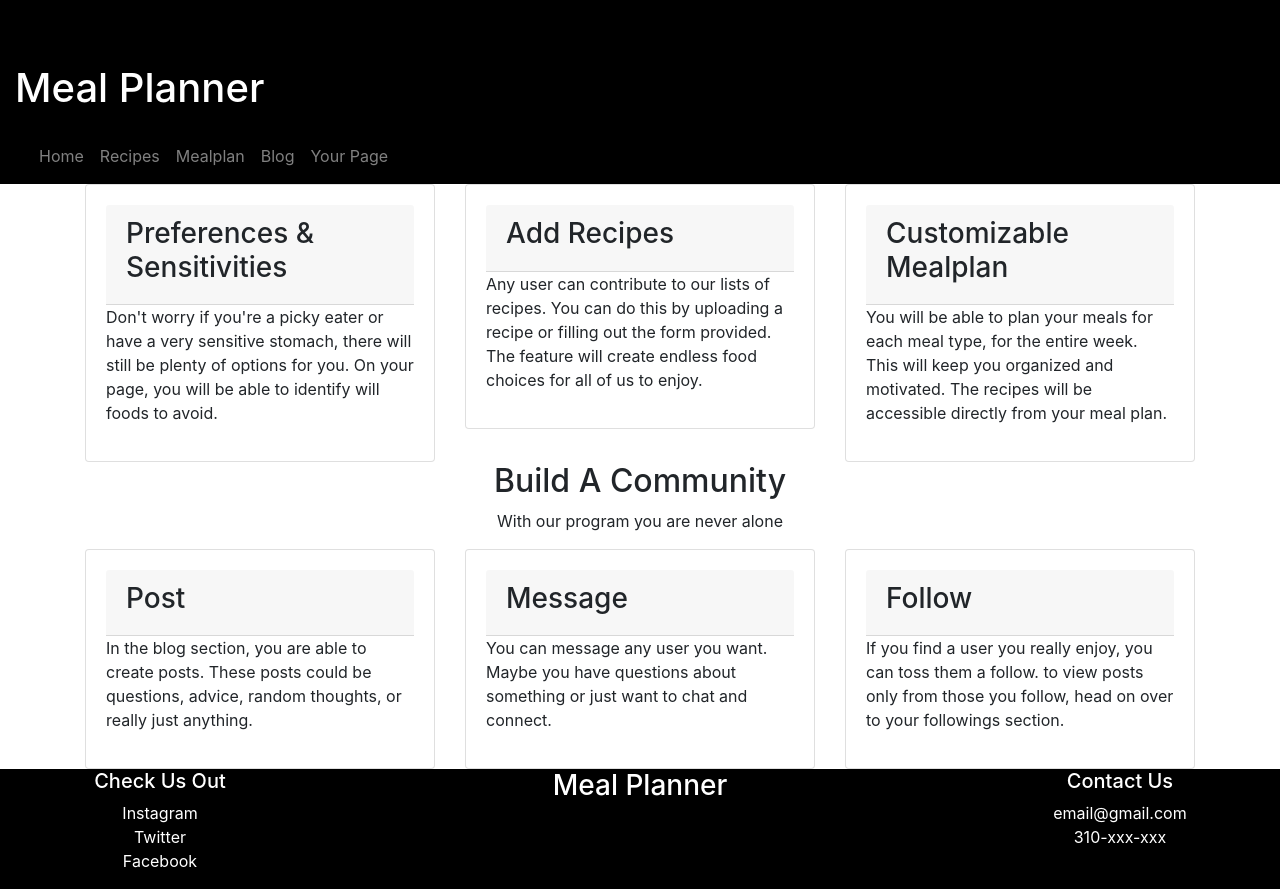
Repository: madisonisfan/mealplanner-react
Page: /
These files come from the project's save history. The page is drawn as it stood at one moment and after a run of saves; the edit follows.
The browser window is 1280 px wide. The pictures show the whole page.
The project was rebuilt for these pictures with package versions that can differ from the ones it lists, and the page was loaded fresh each time.

Above is the page before, as saved 2021-04-18 14:09:11.

### src/App.js
import React, { Component } from "react";
import "./App.css";
import Main from "./components/MainComponent";
import { BrowserRouter } from "react-router-dom";

class App extends Component {
  render() {
    return (
      <BrowserRouter>
        <div className="App">
          <Main />
        </div>
      </BrowserRouter>
    );
  }
}

export default App;

### src/App.css
.jumbotron {
  height: 100px;
  margin: 0px !important;
  background-color: black !important;
  color: white;
}

.navbar {
  background-color: black;
}

.site-footer {
  background-color: black;
  color: white;
}

### src/components/MainComponent.js
import React, { Component } from "react";
import Home from "./HomeComponent";
import MainHeader from "./HeaderComponent";
import Footer from "./FooterComponent";
import { Switch, Route, Redirect } from "react-router-dom";

class Main extends Component {
  constructor(props) {
    super(props);
    this.state = {};
  }

  render() {
    return (
      <React.Fragment>
        <MainHeader />
        <Switch>
          <Route path="/home" component={Home} />
          <Redirect to="/home" />
        </Switch>
        <Footer />
      </React.Fragment>
    );
  }
}
export default Main;

### src/components/HomeComponent.js
import React from "react";
import {
  Card,
  CardHeader,
  CardImg,
  CardText,
  CardBody,
  CardTitle,
} from "reactstrap";

function Home(props) {
  return (
    <div className="container">
      <div className="row">
        <div className="col">
          <Card>
            <CardBody>
              <CardHeader>
                <h3>Preferences & Sensitivities</h3>
              </CardHeader>
              <p>
                Don't worry if you're a picky eater or have a very sensitive
                stomach, there will still be plenty of options for you. On your
                page, you will be able to identify will foods to avoid.
              </p>
            </CardBody>
          </Card>
        </div>
        <div className="col">
          <Card>
            <CardBody>
              <CardHeader>
                <h3>Add Recipes</h3>
              </CardHeader>
              <p>
                Any user can contribute to our lists of recipes. You can do this
                by uploading a recipe or filling out the form provided. The
                feature will create endless food choices for all of us to enjoy.
              </p>
            </CardBody>
          </Card>
        </div>
        <div className="col">
          <Card>
            <CardBody>
              <CardHeader>
                <h3>Customizable Mealplan</h3>
              </CardHeader>
              <p>
                You will be able to plan your meals for each meal type, for the
                entire week. This will keep you organized and motivated. The
                recipes will be accessible directly from your meal plan.
              </p>
            </CardBody>
          </Card>
        </div>
      </div>
      {/*row*/}

      <div className="row">
        <div className="col-12 text-center">
          <h2>Build A Community</h2>
          <p>With our program you are never alone</p>
        </div>
      </div>

      <div className="row">
        <div className="col">
          <Card>
            <CardBody>
              <CardHeader>
                <h3>Post</h3>
              </CardHeader>
              <p>
                In the blog section, you are able to create posts. These posts
                could be questions, advice, random thoughts, or really just
                anything.
              </p>
            </CardBody>
          </Card>
        </div>
        <div className="col">
          <Card>
            <CardBody>
              <CardHeader>
                <h3>Message</h3>
              </CardHeader>
              <p>
                You can message any user you want. Maybe you have questions
                about something or just want to chat and connect.
              </p>
            </CardBody>
          </Card>
        </div>
        <div className="col">
          <Card>
            <CardBody>
              <CardHeader>
                <h3>Follow</h3>
              </CardHeader>
              <p>
                If you find a user you really enjoy, you can toss them a follow.
                to view posts only from those you follow, head on over to your
                followings section.
              </p>
            </CardBody>
          </Card>
        </div>
      </div>
    </div>
  );
}

export default Home;

### src/components/HeaderComponent.js
import React, { Component } from "react";
import {
  Jumbotron,
  Navbar,
  NavbarBrand,
  NavItem,
  NavLink,
  NavbarToggler,
  Collapse,
  Nav,
} from "reactstrap";

function MainHeader(props) {
  return (
    <React.Fragment>
      <Jumbotron fluid>
        <div className="container-fluid">
          <div className="row  align-items-center">
            <div className="col">
              <h1>Meal Planner</h1>
            </div>
          </div>
        </div>
      </Jumbotron>
      <MainNav />
    </React.Fragment>
  );
}

class MainNav extends Component {
  constructor(props) {
    super(props);
    this.state = {
      isNavOpen: true,
    };
  }
  toggleNav() {
    this.setState({ isNavOpen: !this.state.isNavOpen });
  }

  render() {
    return (
      <Navbar dark sticky="top" expand="md">
        <div className="container-fluid">
          <NavbarToggler isClick={this.toggleNav}></NavbarToggler>
          <Collapse isOpen={this.state.isNavOpen} navbar>
            <Nav navbar>
              <NavItem>
                <NavLink className="nav-link" to="/home">
                  Home
                </NavLink>
              </NavItem>
              <NavItem>
                <NavLink className="nav-link" to="/recipes">
                  Recipes
                </NavLink>
              </NavItem>
              <NavItem>
                <NavLink className="nav-link" to="/mealplan">
                  Mealplan
                </NavLink>
              </NavItem>
              <NavItem>
                <NavLink className="nav-link" to="/blog">
                  Blog
                </NavLink>
              </NavItem>
              <NavItem>
                <NavLink className="nav-link" to="/yourpage">
                  Your Page
                </NavLink>
              </NavItem>
            </Nav>
          </Collapse>
        </div>
      </Navbar>
    );
  }
}

export default MainHeader;

### src/components/FooterComponent.js
import React from "react";

function Footer(props) {
  return (
    <footer className="site-footer">
      <div className="container-fluid">
        <div className="row">
          <div className="col col-sm-3 text-center">
            <h5>Check Us Out</h5>
            <ul class="list-unstyled">
              <li>Instagram</li>
              <li>Twitter</li>
              <li>Facebook</li>
            </ul>
          </div>

          <div class="col-6 text-center d-none d-sm-block">
            <h3>Meal Planner</h3>
          </div>

          <div class="col col-sm-3 text-center">
            <h5>Contact Us</h5>
            <ul class="list-unstyled">
              <li>
                <a>email@gmail.com</a>
              </li>
              <li>
                <a>310-xxx-xxx</a>
              </li>
            </ul>
          </div>
        </div>
      </div>
      {/*Container */}
    </footer>
  );
}

export default Footer;

Loaded but not shown: public/index.html (common file); src/index.js (common file); src/index.css (common file); src/reportWebVitals.js (common file)

After the next 2 saves:
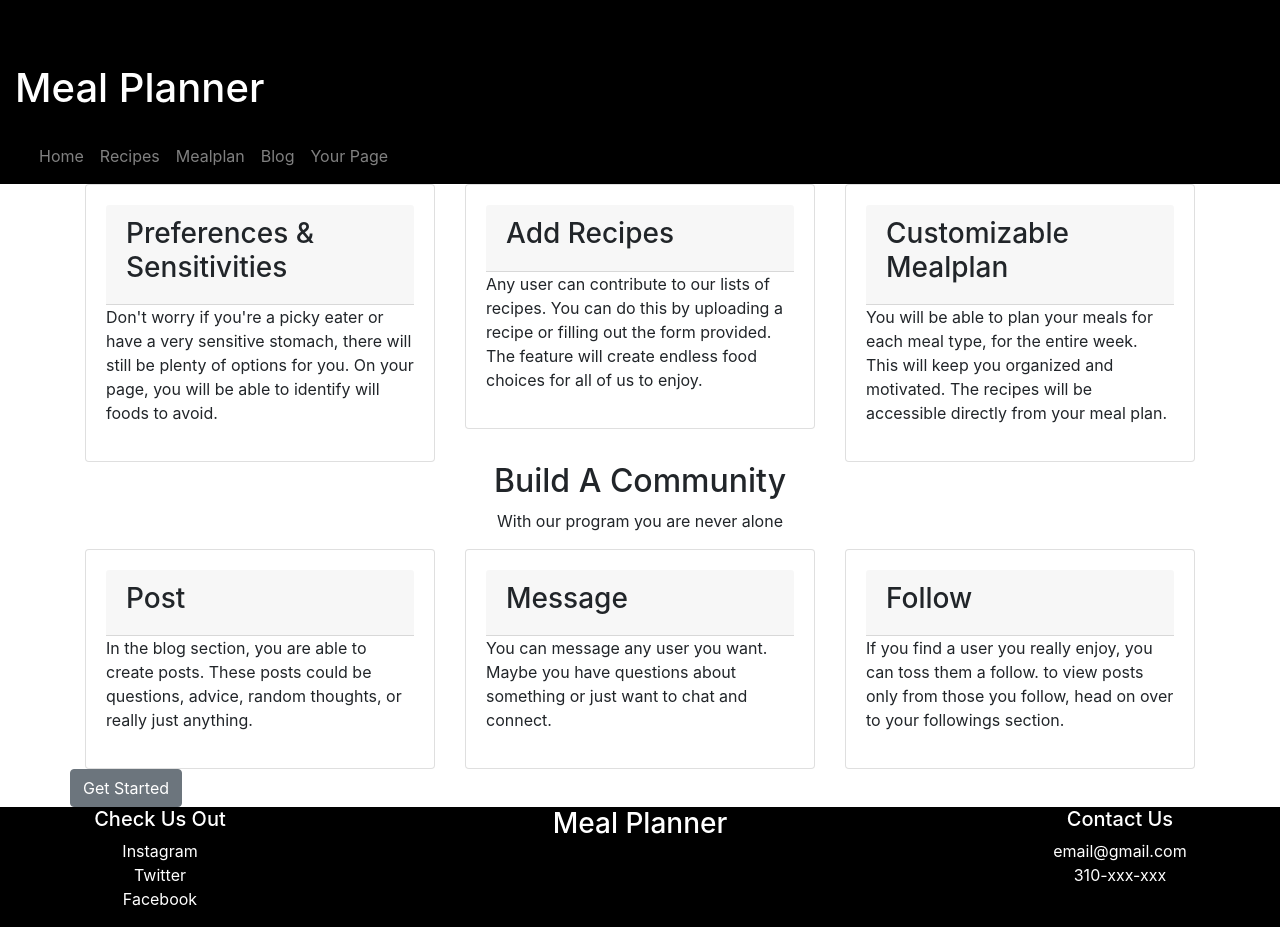
The 2 saves are shown as one change because 1 did not build or start.
The last was saved 2 days later.
--- a/src/components/HomeComponent.js
+++ b/src/components/HomeComponent.js
@@ -6,6 +6,7 @@ import {
   CardText,
   CardBody,
   CardTitle,
+  Button,
 } from "reactstrap";
 
 function Home(props) {
@@ -107,6 +108,10 @@ function Home(props) {
           </Card>
         </div>
       </div>
+
+      <div className="row">
+        <Button>Get Started</Button>
+      </div>
     </div>
   );
 }
